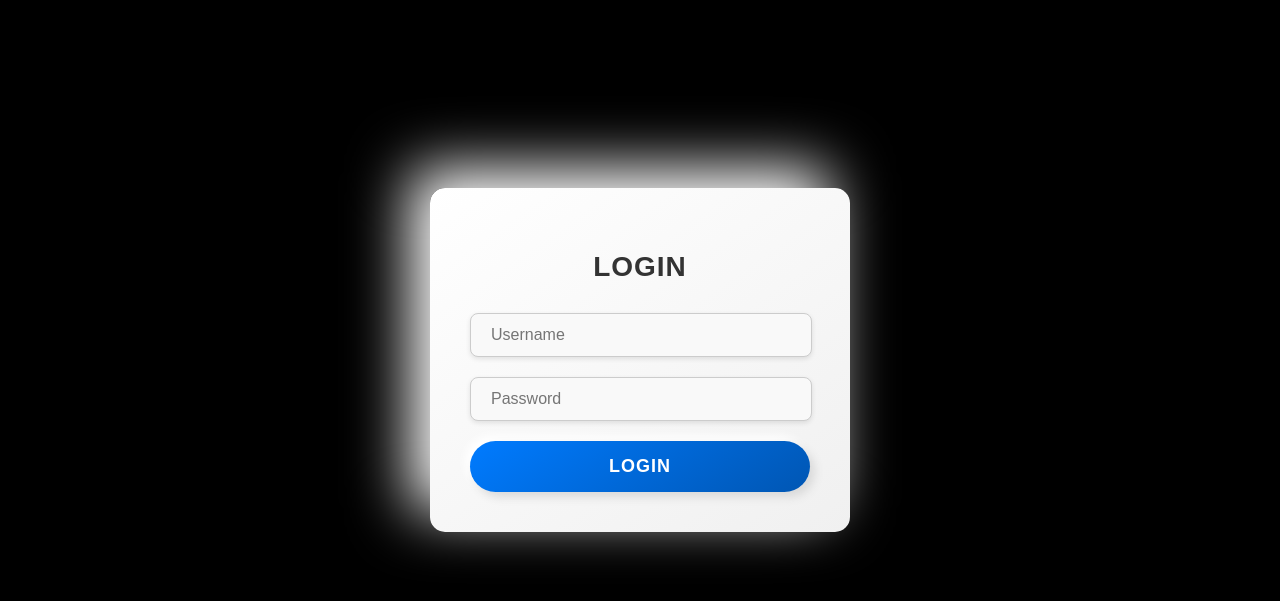
Repository: mdmisri/needy-talk
Page: /login (app in frontend/talk-d1/)
The author's editor kept a copy of each file at every save. The page is drawn from the files as they stood at one save, then again after the next save.
The browser window is 1280 px wide. The pictures show the whole page.
The page's requests for data from a server got no answer. The project was rebuilt for these pictures with package versions that can differ from the ones it lists, and the page was loaded fresh each time. No one was signed in, and anything a server would have sent is missing. Also part of the build but not shown: frontend/talk-d1/src/components/Register/Register.js, frontend/talk-d1/src/conversationUtils.js, frontend/talk-d1/src/hooks/useConversation.js, frontend/talk-d1/src/components/Chat/styles/Message.css, frontend/talk-d1/src/components/Chat/Message.js, frontend/talk-d1/src/components/Chat/ChatBox.js, frontend/talk-d1/src/components/Chat/AdminChatBox.js, frontend/talk-d1/src/components/Chat/styles/AdminSelection.css and 2 more.

Above is the page before, as saved 2024-07-29 04:37:41.

After the next save:
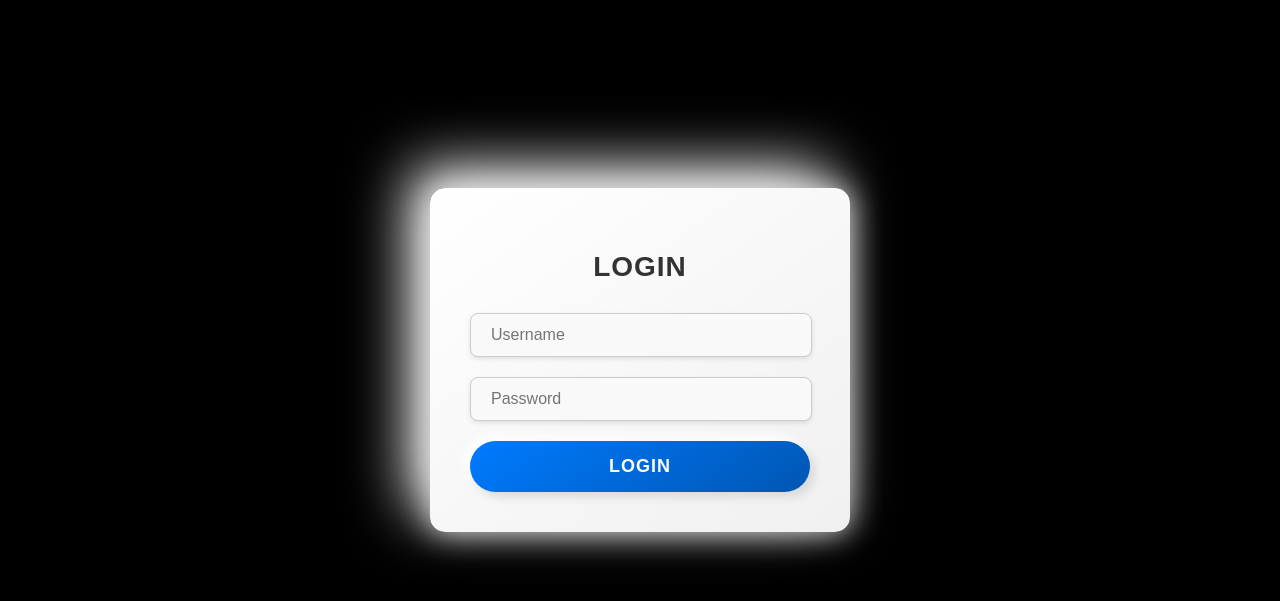
Saved 24 s later.
--- a/frontend/talk-d1/src/components/Login/Login.css
+++ b/frontend/talk-d1/src/components/Login/Login.css
@@ -13,7 +13,7 @@ body, html {
     width: 340px;
     padding: 40px;
     background: linear-gradient(145deg, #ffffff, #f0f0f0);
-    box-shadow: 0 0 0px #d9d9d9, -20px -20px 60px #ffffff;
+    box-shadow: 0 0 30px #d9d9d9, -20px -20px 60px #ffffff;
     border-radius: 15px;
     text-align: center;
 }
